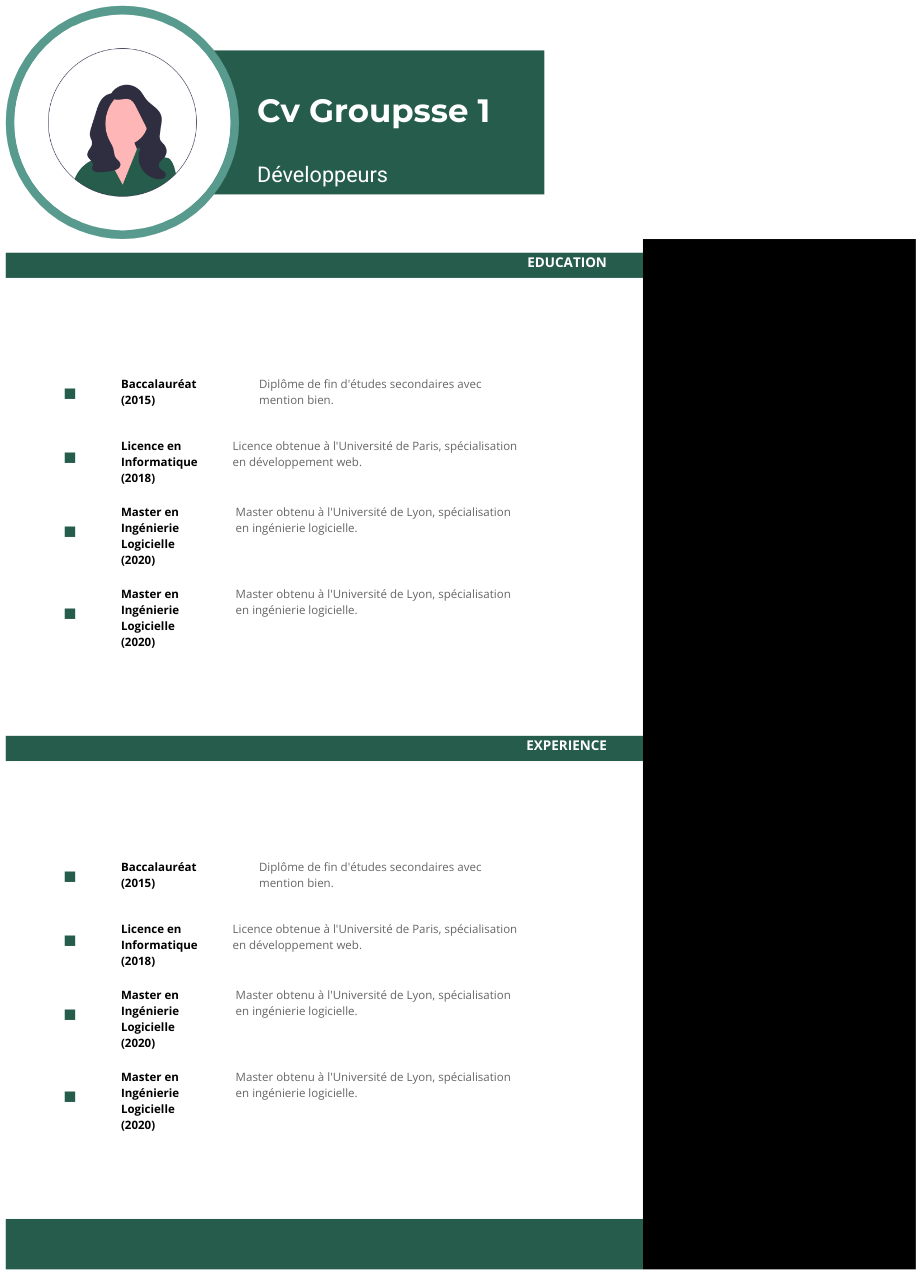
Repository: NdiongueFH/Mon_CV
Page: CV_Groupe1.html
An editor plug-in stored every save of this project. The page is shown before and after the next save, followed by the edit.
The browser window is 1280 px wide. The pictures show the whole page, at 72% of full size.

Above is the page before, as saved 2024-08-04 17:36:51.

After the next save:
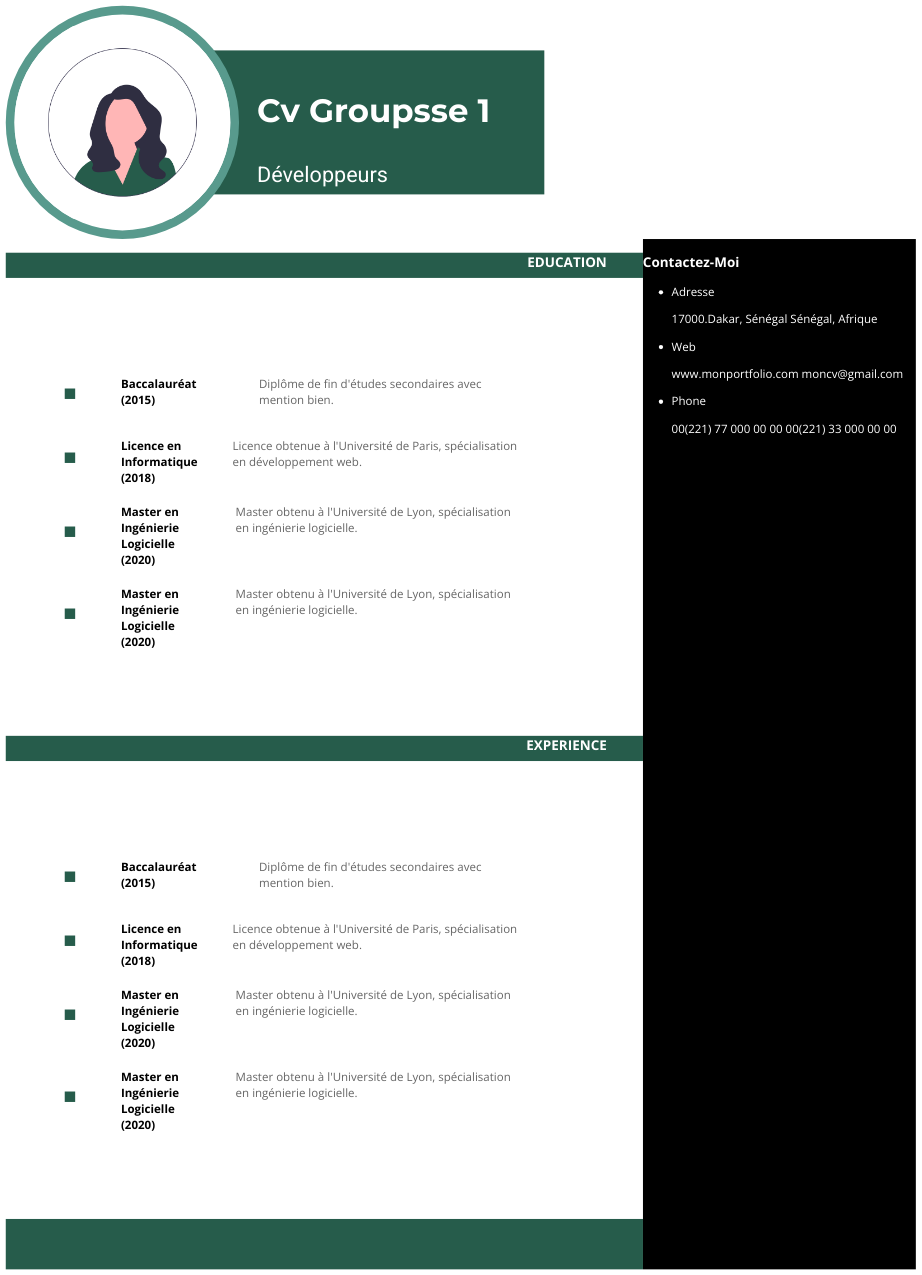
Saved 32 s later.
--- a/CV_Groupe1.css
+++ b/CV_Groupe1.css
@@ -183,4 +183,5 @@ body {
         width: 30%;
         background-color: var(--color-text);
         height: auto;
+        color: var(--color-white);
     }
